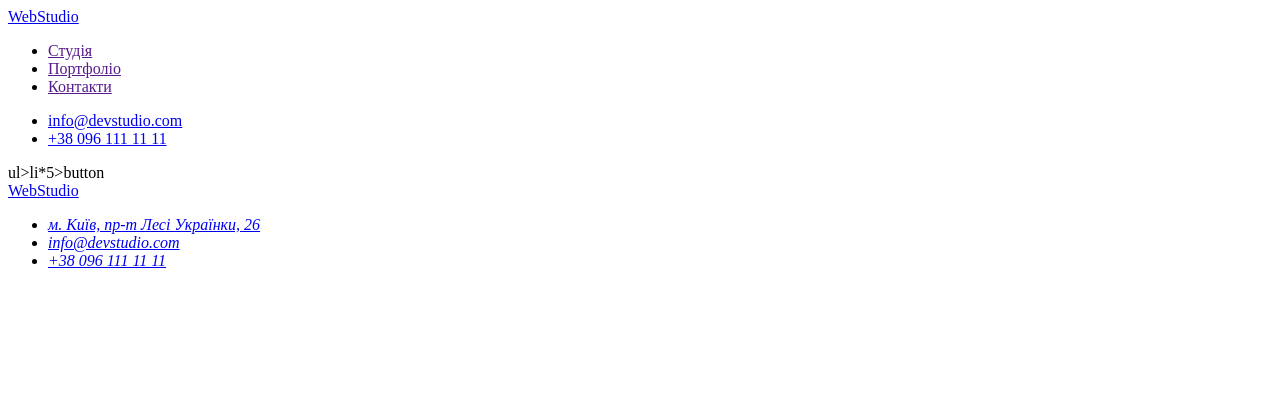
Repository: Mariia2811/goit-markup-hw-03
Page: portfolio.html
These files come from the project's save history. The page is drawn as it stood at one moment and after the next save; the edit follows.
The browser window is 1280 px wide. The pictures show the whole page.

Above is the page before, as saved 2022-11-24 19:52:41.

After the next save:
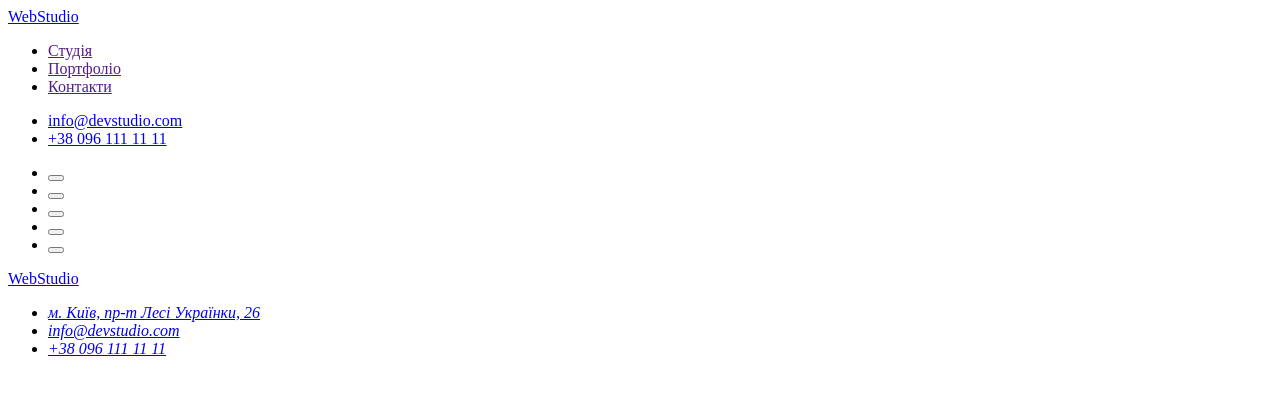
Saved 8 s later.
--- a/portfolio.html
+++ b/portfolio.html
@@ -23,7 +23,13 @@
     </header>
     <main>
         <section>
-            ul>li*5>button
+            <ul>
+                <li><button></button></li>
+                <li><button></button></li>
+                <li><button></button></li>
+                <li><button></button></li>
+                <li><button></button></li>
+            </ul>
         </section>
         <section></section>
     </main>
